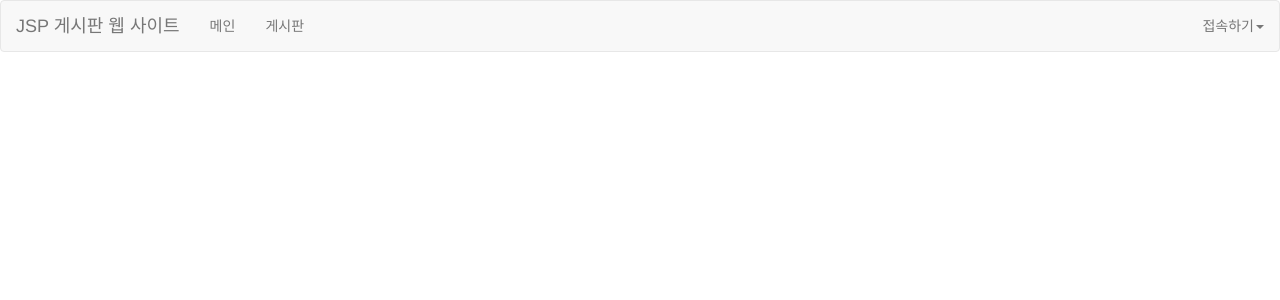
Repository: E-SeongMin/Bulletin-Board-System
Page: http://localhost/BBS_Project/BBS_Content/join.jsp
The author's editor kept a copy of each file at every save. The page is drawn from the files as they stood at one save, then again after the next save.
The browser window is 1280 px wide. The pictures show the whole page.
Some web libraries are served in a nearby version. The page is served by Tomcat 9. Other server files are loaded and not shown.

Above is the page before, as saved 2021-05-14 07:57:33.

### projects/BBS_Project/BBS_Content/join.jsp
<%@ page language="java" contentType="text/html; charset=UTF-8"
    pageEncoding="UTF-8"%>
<!DOCTYPE html>
<html>
<head>
<meta http-equiv="Content-Type" content="text/html; charset=UTF-8">
<meta name="viewport" content="width=device-width", initial-scale="1">
<link rel="stylesheet" href="css/bootstrap.css">
<title>JSP 게시판 웹 사이트</title>
</head>
<body>
	<nav class="navbar navbar-default">
		<div class="navbar-header">
			<button type="button" class="navbar-toggle collapsed"
				data-toggle="collapse" data-target="#bs-example-navbar-collapse-1"
				aria-expanded="false">
				<span class="icon-bar"></span>
				<span class="icon-bar"></span>
				<span class="icon-bar"></span>
			</button>
			<a class="navbar-brand" href="main.jsp">JSP 게시판 웹 사이트</a>
		</div>
		<div class="collapse navbar-collapse" id="bs-example-navbar-collapse-1">
			<ul class="nav navbar-nav">
				<li><a href="main.jsp">메인</a></li>
				<li><a href="bbs.jsp">게시판</a></li>
			</ul>
			<ul class="nav navbar-nav navbar-right">
				<li class="dropdwon">
					<a href="#" class="dropdown-toggle"
						data-toggle="dropdwon" role="button" aria-haspopup="true"
						aria-expanded="false">접속하기<span class="caret"></span></a>
				</li>
			</ul>
		</div>
	</nav>
	<script src="https://code.jquery.com/jquery-3.1.1.min.js"></script>
	<script src="js/bootstrap.js"></script>
</body>
</html>

Loaded but not shown: projects/BBS_Project/BBS_Content/css/bootstrap.css (library); projects/BBS_Project/BBS_Content/js/bootstrap.js (library)

After the next save:
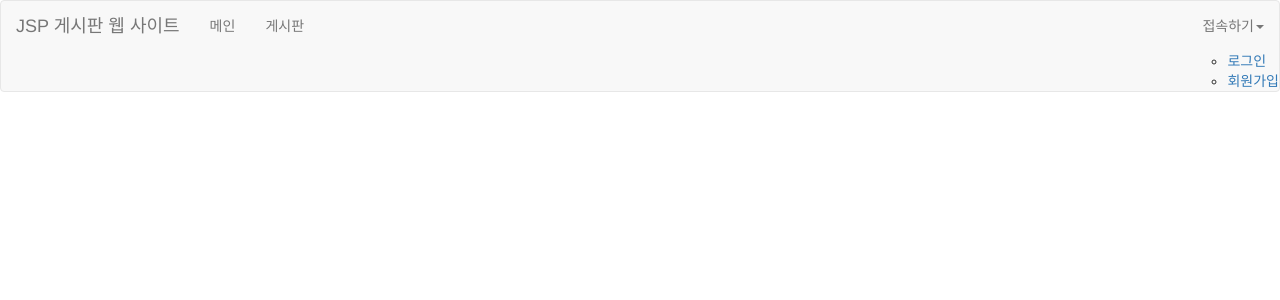
Saved 91 s later.
--- a/projects/BBS_Project/BBS_Content/join.jsp
+++ b/projects/BBS_Project/BBS_Content/join.jsp
@@ -30,6 +30,10 @@
 					<a href="#" class="dropdown-toggle"
 						data-toggle="dropdwon" role="button" aria-haspopup="true"
 						aria-expanded="false">접속하기<span class="caret"></span></a>
+					<ul class="dropdwon-menu">
+						<li class="active"><a href="login.jsp">로그인</a></li>
+						<li><a href="join.jsp">회원가입</a></li>
+					</ul>
 				</li>
 			</ul>
 		</div>

After the save that followed:
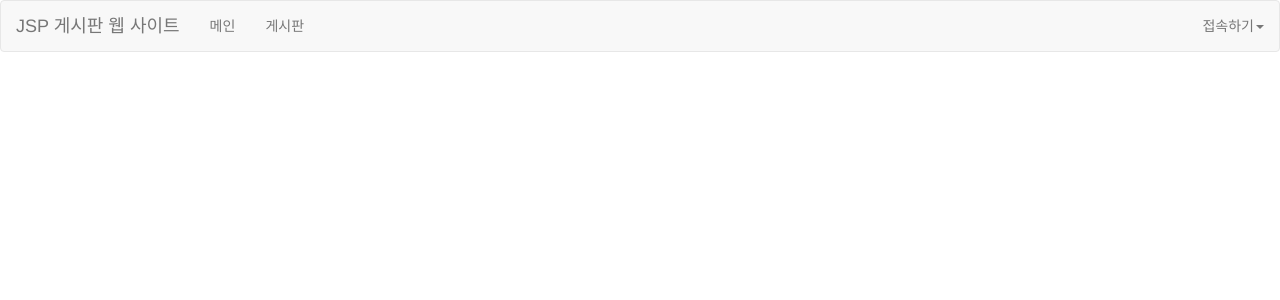
Saved 26 s later.
--- a/projects/BBS_Project/BBS_Content/join.jsp
+++ b/projects/BBS_Project/BBS_Content/join.jsp
@@ -30,7 +30,7 @@
 					<a href="#" class="dropdown-toggle"
 						data-toggle="dropdwon" role="button" aria-haspopup="true"
 						aria-expanded="false">접속하기<span class="caret"></span></a>
-					<ul class="dropdwon-menu">
+					<ul class="dropdown-menu">
 						<li class="active"><a href="login.jsp">로그인</a></li>
 						<li><a href="join.jsp">회원가입</a></li>
 					</ul>
